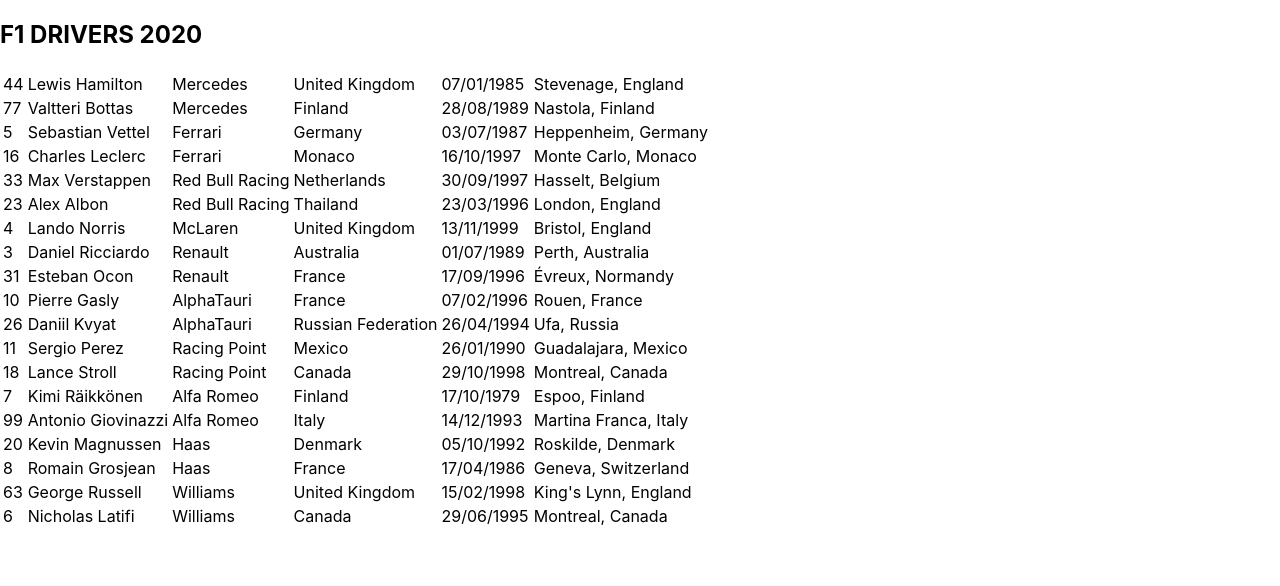
Repository: kartik077-cr7/Ckart
Page: /
The author's editor kept a copy of each file at every save. The page is drawn from the files as they stood at one save, then again after the next save.
The browser window is 1280 px wide. The pictures show the whole page.
The project was rebuilt for these pictures with package versions that can differ from the ones it lists, and the page was loaded fresh each time.

Above is the page before, as saved 2022-12-10 16:45:24.

After the next save:
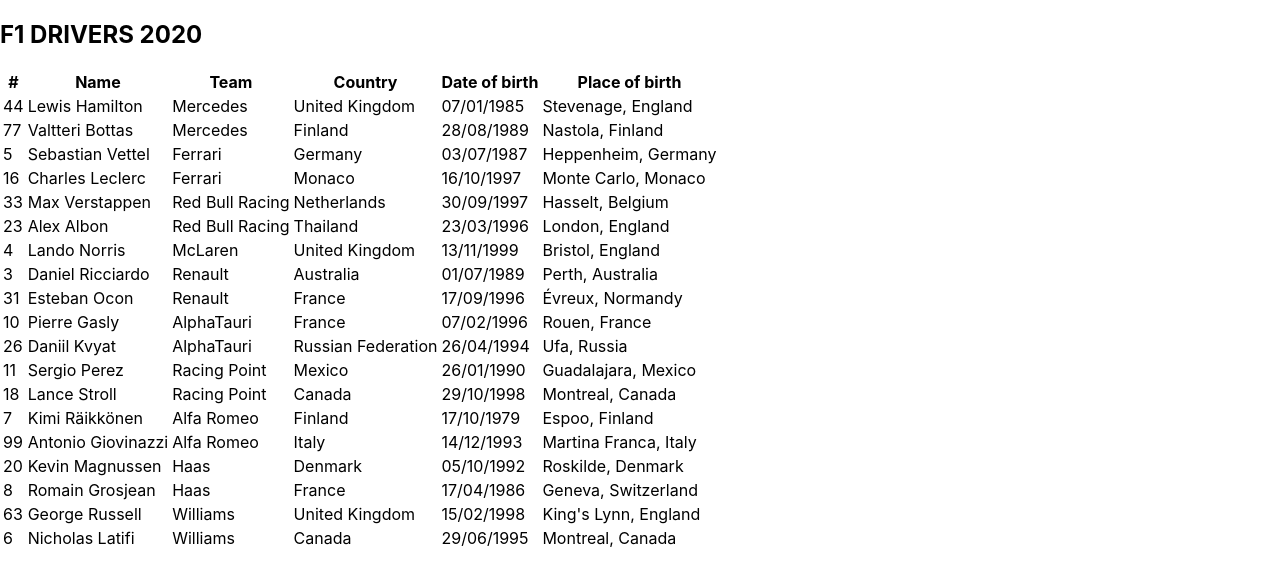
Saved 57 s later.
--- a/src/components/Column.js
+++ b/src/components/Column.js
@@ -2,7 +2,9 @@
 
 const Column = ({column_name,index}) => {
 
-
+	return (
+		<th key = {index}>{column_name}</th>
+	)
 };
 
 export default Column;
